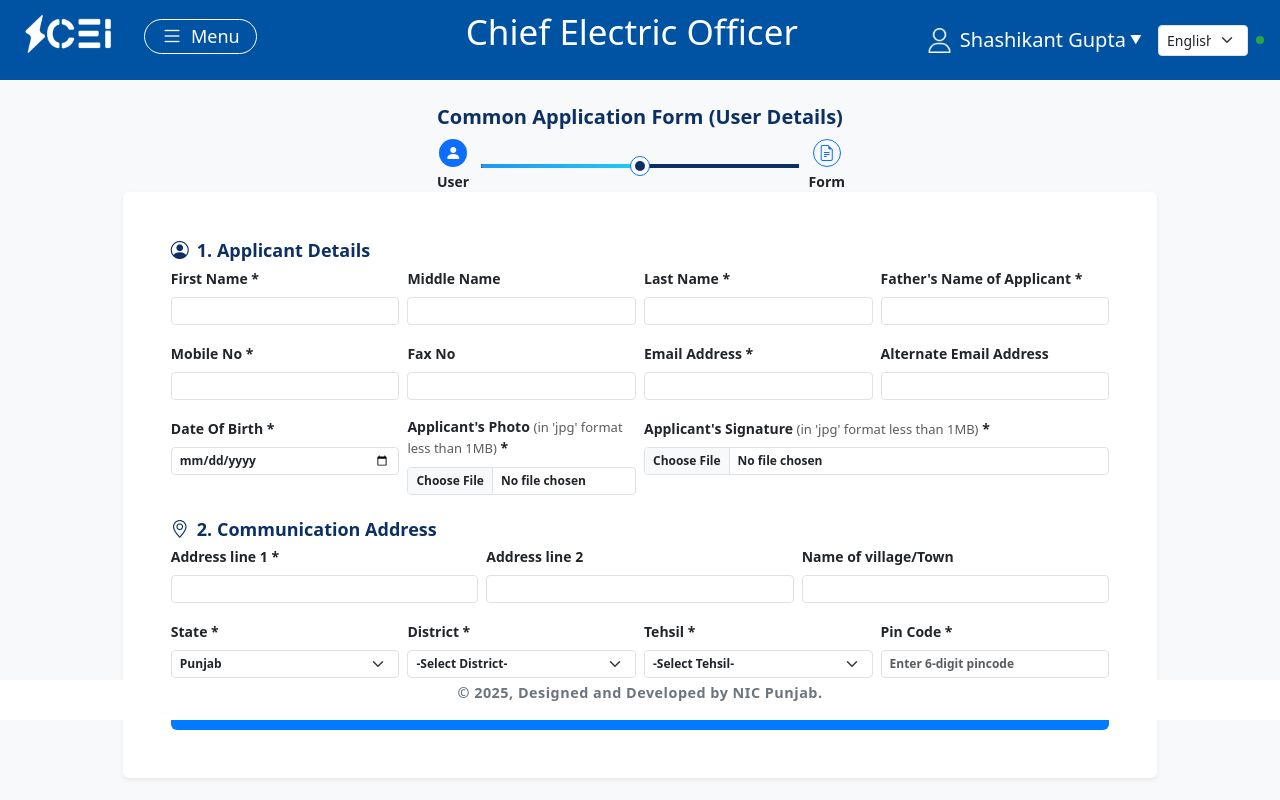
Repository: shashikantdev93-gif/CEI-sept
Page: /RegisterationForm
These files come from the project's save history. The page is drawn as it stood at one moment and after the next save; the edit follows.
The browser window is 1280 px wide. The pictures show the whole page.
The page's requests for data from a server got no answer. The project was rebuilt for these pictures with package versions that can differ from the ones it lists, and the page was loaded fresh each time. No one was signed in, and anything a server would have sent is missing. Also part of the build but not shown: vite.config.ts, src/styles/sidebar-zoom.css, src/components/PageComponent/Sidebar.tsx, src/components/PageComponent/Header2.tsx, src/components/PageComponent/PageHeader.tsx, src/components/Illustration/Illustration.tsx, src/components/CardContainer/CardContainer.tsx, src/hooks/useFormValidation.ts and 8 more. Imported but missing from the stored project, and not drawn on this page: src/components/ui.

Above is the page before, as saved 2025-07-28 08:52:33.

### src/index.css
:root {
  font-family: Inter, -apple-system, BlinkMacSystemFont, "Segoe UI", Roboto, "Helvetica Neue", Arial, sans-serif, "Apple Color Emoji", "Segoe UI Emoji", "Segoe UI Symbol";
  line-height: 1.5;
  font-weight: 400;

  color-scheme: light dark;
  color: rgba(255, 255, 255, 0.87);
  background-color: #242424;

  font-synthesis: none;
  text-rendering: optimizeLegibility;
  -webkit-font-smoothing: antialiased;
  -moz-osx-font-smoothing: grayscale;
}

a {
  font-weight: 500;
  color: #646cff;
  text-decoration: inherit;
}
a:hover {
  color: #535bf2;
}

/* Global Reset */
*, *::before, *::after {
  margin: 0;
  padding: 0;
  box-sizing: border-box;
}

html, body {
  margin: 0;
  padding: 0;
  width: 100%;
  height: 100%;
}

body {
  margin: 0;
  padding: 0;
}

h1 {
  font-size: 3.2em;
  line-height: 1.1;
}

button {
  border-radius: 8px;
  border: 1px solid transparent;
  padding: 0.6em 1.2em;
  font-size: 1em;
  font-weight: 500;
  font-family: inherit;
  background-color: #1a1a1a;
  cursor: pointer;
  transition: border-color 0.25s;
}
button:hover {
  border-color: #646cff;
}
button:focus,
button:focus-visible {
  outline: 4px auto -webkit-focus-ring-color;
}

@media (prefers-color-scheme: light) {
  :root {
    color: #213547;
    background-color: #ffffff;
  }
  a:hover {
    color: #747bff;
  }
  button {
    background-color: #f9f9f9;
  }
}

### src/App.tsx
import Router from "./router/router";
import './App.css'
import './styles/main.css'
import "bootstrap-icons/font/bootstrap-icons.css";

function App() {

  return <Router />;

}

export default App

### src/router/router.tsx

import { BrowserRouter as Router, Routes, Route } from "react-router-dom";
import BaseLayout from "../layouts/BaseLayout";
import Login from "../pages/login/login";
import Signup from "../pages/signup/signup";
import Register from "../pages/register/register";


const RouterPage = () => (
  <Router>
    <Routes>
      <Route path="/" element={<Login />} />
      <Route path="/login" element={<Login />} />
      <Route path="/signup" element={<Signup />} />
      <Route
        path="/RegisterationForm"
        element={
          <BaseLayout headerType="Header1">
            <Register />
          </BaseLayout>
        }
      />
    </Routes>
  </Router>
);

export default RouterPage;

### src/App.css
#root {
  margin: 0;
  padding: 0;
  width: 100%;
  height: 100%;
}

.logo {
  height: 6em;
  padding: 1.5em;
  will-change: filter;
  transition: filter 300ms;
}
.logo:hover {
  filter: drop-shadow(0 0 2em #646cffaa);
}
.logo.react:hover {
  filter: drop-shadow(0 0 2em #61dafbaa);
}

@keyframes logo-spin {
  from {
    transform: rotate(0deg);
  }
  to {
    transform: rotate(360deg);
  }
}

@media (prefers-reduced-motion: no-preference) {
  a:nth-of-type(2) .logo {
    animation: logo-spin infinite 20s linear;
  }
}

.card {
  padding: 2em;
}

.read-the-docs {
  color: #888;
}

### src/styles/main.css

/***************************/
  /***** Login Page *****/
/**************************/
.login-bg {
  background: linear-gradient(135deg, #f5f7fa 0%, #c3cfe2 100%);
  font-family: Inter, -apple-system, BlinkMacSystemFont, "Segoe UI", Roboto, "Helvetica Neue", Arial, sans-serif;
  width: 100vw;
  height: 100vh;
  margin: 0;
  padding: 2px;
}

.login-left {
  padding-left: 1.5rem !important;
  padding-right: 1.5rem !important;
  padding-top: .1rem !important;
  padding-bottom: .1rem !important;
}

.login-logo-box {
  height: 50px;
  margin-bottom: 30px;
  width: 110px;
  background-color: #0c3064;
  border-radius: 8px;
  display: flex;
  align-items: center;
}

.login-signup-link {
  text-decoration: none;
  font-size: 14px;
}

.login-divider {
  width: 1px;
  background: #e0e0e0;
  min-height: 5%;
  margin: 0 0px;
}

.login-right {
  background-color: #f8f9fa;
}


/******************************************/
/* Signup page logo box - desktop styles */
/*****************************************/

.signup-logo-box {
  height: 50px;
  margin-bottom: 30px;
  width: 75px;
  background-color: #0c3064;
  border-radius: 8px;
  display: flex;
  align-items: center;
}


.card-container {
  max-width: 1000px;
  min-width: 700px;
}

/*********************/
/* Registeration Page */
/*********************/
.registeration-bg {
  --bs-font-size-sm: 16px;
}

.registeration-bg .fw-semibold {
  font-weight: 700 !important;
}

.registeration-bg .small {
  font-size: 14px !important;
}

.registeration-bg .form-control,
.registeration-bg .form-select {
  font-size: 12px !important;
  font-weight: 700 !important;
}

.registeration-bg .text-muted {
  font-size: 13px !important;
  font-weight: 400 !important;
}

.registeration-bg h6 {
  font-size: 18px !important;
  font-weight: 700 !important;
}

.registeration-bg h4 {
  font-size: 20px !important;
  font-weight: 700 !important;
}

.registeration-logo-box {
  border-radius: 8px;
  display: flex;
  align-items: center;
  background-color: #0c3064;
  width:80px
}

@media (max-width: 575.98px) {

  .card-container {
    max-width: 100% !important;
    min-width: 100% !important;
    padding: 0.5rem !important;
  }


  .login-bg {
    padding: 8px !important;
  }


  .container .row .login-left,
  .container .row .col-md-7.login-left,
  div.row div.col-md-7 {
    padding: 0rem !important;
    max-width: 100% !important;
    flex: 0 0 100% !important;
    width: 100% !important;
    margin-left: 0 !important;
    margin-right: 0 !important;
    gap:15px;
  }


  .login-divider {
    display: none !important;
  }

  .container .row .login-right,
  .container .row .col-md-4.login-right,
  div.row div.col-md-4,
  .col-md-4.login-right {
    display: none !important;
    visibility: hidden !important;
    width: 0 !important;
    flex: 0 0 0% !important;
    max-width: 0 !important;
    overflow: hidden !important;
  }


  .login-logo-box {
    width: 100% !important;
    height: auto !important;
    margin-bottom: 20px !important;
    flex-direction: column !important;
    padding: 10px !important;
  }


  .login-logo-box .mb-4 {
    margin-bottom: 0 !important;
    flex-direction: column !important;
    align-items: center !important;
    text-align: center !important;
    gap: 20px !important;
  }


  .login-logo-box img {
    margin: 0 !important;
    margin-bottom: 8px !important;
  }


  .login-logo-box span {
    margin: 0 !important;
    text-align: center !important;
    font-size: 18px !important;
  }


  .login-logo-box div {
    flex-direction: column !important;
    align-items: center !important;
    text-align: center !important;
  }

  .login-logo-box div img {
    margin: 0 0 8px 0 !important;
  }

  .login-logo-box div span {
    margin: 0 !important;
    font-size: 20px !important;
    line-height: 1.2 !important;
    text-align: center !important;
    color: white !important;
  }


  .login-signup-link {
    font-size: 12px !important;
  }


  .card,
  .row {
    width: 100% !important;
    max-width: 100% !important;
  }

  [class*="col-md-4"] {
    display: none !important;
  }

  [class*="col-md-7"] {
    flex: 0 0 100% !important;
    max-width: 100% !important;
    width: 100% !important;
  }

  .signup-logo-box {
    width: 100% !important;
    height: 100px !important;
    margin-bottom: 20px !important;
    flex-direction: column !important;
    padding: 10px !important;
    margin-top: 10px;
  }

  .signup-logo-box .mb-4 {
    margin-bottom: 0 !important;
    flex-direction: column !important;
    align-items: center !important;
    text-align: center !important;
    gap: 20px !important;
  }

  .signup-logo-box img {
    margin: 0 !important;
    margin-bottom: 8px !important;
  }

  .signup-logo-box span {
    margin: 0 !important;
    text-align: center !important;
    font-size: 18px !important;
  }

  .signup-logo-box div {
    flex-direction: column !important;
    align-items: center !important;
    text-align: center !important;
  }

  .signup-logo-box div img {
    margin: 0 0 8px 0 !important;
  }

  .signup-logo-box div span {
    margin: 0 !important;
    font-size: 20px !important;
    line-height: 1.2 !important;
    text-align: center !important;
    color: white !important;
  }
}

@media (min-width: 576px) and (max-width: 768px) {
  .card-container {
    max-width: 90% !important;
    min-width: 600px;
  }

  .login-bg {
    padding: 4px;
  }

  .login-left {
    padding: 1.25rem !important;
    max-width: 65% !important;
    flex: 0 0 65% !important;
  }

  .login-logo-box {
    width: 70px;
    height: 45px;
    margin-bottom: 25px;
  }

  .login-right {
    max-width: 35% !important;
    flex: 0 0 35% !important;
  }
}

html, body {
  margin: 0;
  padding: 0;
  box-sizing: border-box;
}

*, *::before, *::after {
  box-sizing: border-box;
}

### src/layouts/BaseLayout.tsx
import React from 'react';
import Header1 from '../components/PageComponent/Header1';
import Header2 from '../components/PageComponent/Header2';

type HeaderType = 'Header1' | 'Header2' | 'none';

interface BaseLayoutProps {
  headerType?: HeaderType;
  children: React.ReactNode;
}

const BaseLayout: React.FC<BaseLayoutProps> = ({ headerType = 'Header1', children }) => {
  const headers: Record<Exclude<HeaderType, 'none'>, React.ReactElement> = {
    Header1: <Header1 />,
    Header2: <Header2 />,
  };

  return (
    <>
      {headerType !== 'none' && headers[headerType]}
      <main>{children}</main>
    </>
  );
};

export default BaseLayout;

### src/components/Logo/Logo.tsx
import React from "react";

interface LogoProps {
  title?: string;
  subtitle?: string;
  titleColor?: string;
}

const Logo: React.FC<LogoProps & { subtitleColor?: string }> = ({
  title = "Chief Electric ",
  subtitle = "Inspector",
  titleColor = "#0c3064",
  subtitleColor = "#0c3064",
}) => {
  return (
    <div className="mb-4 d-flex align-items-center">
      <img
        src="/assets/images/cei_logo.jpg"
        alt="Logo"
        style={{ height: "40px", width: "90px", marginTop: "20px", marginLeft: "8px" }}
      />
      <span className="fw-bold" style={{ fontSize: "27px", height: "30px", marginTop: "10px", marginLeft: "25px", color: titleColor, whiteSpace: "nowrap" }}>
        {title} <span style={{ color: subtitleColor }}>{subtitle}</span>
      </span>
    </div>
  );
};

export default Logo;

### src/components/Footer/Footer.tsx
import React from "react";

interface FooterProps {
  text?: string;
}

const Footer: React.FC<FooterProps> = ({
  text = "© 2025, Designed and Developed by NIC Punjab."
}) => {
  return (
    <div className="position-fixed bottom-0 w-100 text-center pb-3 bg-white" style={{ left: 0 }}>
      <span style={{ fontSize: '.9em', fontWeight: 800, color: '#6c757d', letterSpacing: '0.5px' }}>
        {text}
      </span>
    </div>
  );
};

export default Footer;

### src/utils/index.ts
export { default as authService } from './authService';
export * from './validators';
export * from './navigation';

### src/lib/index.ts
export { default as encryptionService } from './encryptionService';
export { default as API_CONFIG } from './config';

### src/utils/validators.ts

export interface ValidationResult {
  isValid: boolean;
  error?: string;
}

export class FormValidators {

  static required(value: string): ValidationResult {
    if (!value || value.trim().length === 0) {
      return {
        isValid: false,
        error: 'This field is required',
      };
    }
    return { isValid: true };
  }

static minLength(value: string, min: number): ValidationResult {
    if (value.length < min) {
      return {
        isValid: false,
        error: `Minimum length is ${min} characters`,
      };
    }
    return { isValid: true };
  }

static maxLength(value: string, max: number): ValidationResult {
    if (value.length > max) {
      return {
        isValid: false,
        error: `Maximum length is ${max} characters`,
      };
    }
    return { isValid: true };
  }

static email(value: string): ValidationResult {
    const emailRegex = /^[^\s@]+@[^\s@]+\.[^\s@]+$/;
    if (!emailRegex.test(value)) {
      return {
        isValid: false,
        error: 'Please enter a valid email address',
      };
    }
    return { isValid: true };
  }

static noSpaces(value: string): ValidationResult {
    const hasSpace = /\s/.test(value);
    if (hasSpace) {
      return {
        isValid: false,
        error: 'Spaces are not allowed',
      };
    }
    return { isValid: true };
  }

static username(value: string): ValidationResult {
    const requiredCheck = this.required(value);
    if (!requiredCheck.isValid) return requiredCheck;

    const minLengthCheck = this.minLength(value, 3);
    if (!minLengthCheck.isValid) return minLengthCheck;

    return { isValid: true };
  }

static password(value: string): ValidationResult {
    const requiredCheck = this.required(value);
    if (!requiredCheck.isValid) return requiredCheck;

    const minLengthCheck = this.minLength(value, 6);
    if (!minLengthCheck.isValid) return minLengthCheck;

    return { isValid: true };
  }

static captcha(value: string): ValidationResult {
    const requiredCheck = this.required(value);
    if (!requiredCheck.isValid) return requiredCheck;

    const lengthCheck = this.minLength(value, 4);
    if (!lengthCheck.isValid) return lengthCheck;

    const maxLengthCheck = this.maxLength(value, 4);
    if (!maxLengthCheck.isValid) return maxLengthCheck;

    return { isValid: true };
  }
}

### src/utils/navigation.ts

import type{ RoleName } from '../types';
import toast from 'react-hot-toast';

export class NavigationService {

  static getDashboardRoute(roleName: RoleName): string {
    let route: string;

    switch (roleName) {
      case 'CONS':
        route = '/dashboard';
        break;
      case 'XEN':
      case 'SUPP':
      case 'SDO':
      case 'CEI':
      case 'SUPT':
      case 'NDOF':
      case 'CLRK':
        route = '/dashboard/officer-dashboard';
        break;
      case 'ADMN':
        route = '/dashboard/admin-dashboard';
        break;
      case 'LICS':
        route = '/dashboard/license-dashboard';
        break;
      default:
        route = '/dashboard';
        break;
    }

    return route;
  }

static checkUserProfileStatus(userProfileId: string, projectSiteId: string, roleName: RoleName): string | null {
    console.log('NavigationService.checkUserProfileStatus called with:');
    console.log('  - userProfileId:', userProfileId, 'type:', typeof userProfileId);
    console.log('  - projectSiteId:', projectSiteId, 'type:', typeof projectSiteId);
    console.log('  - roleName:', roleName);

    // Only redirect to registration form if userProfileId is "0"
    if (userProfileId === "0") {
      const route = '/CommonApplicationFormUserDetails';
      console.log('NavigationService - userProfileId is "0", returning registration route:', route);
      return route;
    }

    if (userProfileId !== "0" && projectSiteId === "0") {
      const route = '/CommonApplicationFormEstablished';
      console.log('NavigationService - userProfileId filled but projectSiteId is "0", returning established form route:', route);
      return route;
    }

    // For all other cases, return null to allow normal navigation
    console.log('NavigationService - userProfileId is not "0", allowing normal navigation');
    return null;
  }
}
export class ToastService {
  static success(message: string): void {
    toast.success(message, {
      duration: 3000,
      position: 'top-right',
    });
  }

  static error(message: string): void {
    toast.error(message, {
      duration: 4000,
      position: 'top-right',
    });
  }

  static warning(message: string): void {
    toast(message, {
      icon: '⚠️',
      duration: 3000,
      position: 'top-right',
    });
  }

  static info(message: string): void {
    toast(message, {
      icon: 'ℹ️',
      duration: 3000,
      position: 'top-right',
    });
  }
}

### src/lib/encryptionService.ts
import * as forge from 'node-forge';
import * as CryptoJS from 'crypto-js';

class EncryptionService {
  private publicKeyPem: string;
  private ki: string;
  private iv: string;

  constructor() {
    this.publicKeyPem = `-----BEGIN PUBLIC KEY-----
MIIBIjANBgkqhkiG9w0BAQEFAAOCAQ8AMIIBCgKCAQEAwjsOR/w7ExDCRyZyrGVW
xkiJDBaIoNHYABOnpctmmcKA+G0oEWsBhOsmI98Tsx6w47Bwokc43aulzyw2phiV
h0+lU+kno9mnrxzfRCJWwknK7tfkY2ZfkizyLJZQljqX4o7r14y5BAEMgUWiN3Xt
Vrs0fgyw954To+G/803gsaaodbr4CVUDOaLnWAn3mjSKLfU3cK9Bug59AObhcwsM
lVKA72JF2wC4IERMGgCbRjgISSjpLmaEmF8IOLfFneQY+8QDlu80ob7mA/JV74dD
vr7UlGZ+bwKx6rz7Mg7nWRUvgR5RKsZh/muyeVi4pBwuAlehblQ9FnjR6YM/4eB1
+QIDAQAB
-----END PUBLIC KEY-----`;

    this.ki = 'ruX(aPP4X1sL9LnvA2M^a$K17mKZS6LC';
    this.iv = 'VcHa4Mn*gUvDujnN';
  }

setForm(data: string): { encryptedData1: string, encryptedData2: string, encryptedData3: string } {
    const aesKey = forge.random.getBytesSync(32);
    const iv = forge.random.getBytesSync(16);
    const cipher = forge.cipher.createCipher('AES-CBC', aesKey);
    cipher.start({ iv: iv });
    cipher.update(forge.util.createBuffer(data, 'utf8'));
    cipher.finish();
    const encryptedData1 = forge.util.encode64(cipher.output.getBytes());
    const rsa = forge.pki.publicKeyFromPem(this.publicKeyPem);
    const encryptedData2 = forge.util.encode64(rsa.encrypt(aesKey, 'RSA-OAEP', { md: forge.md.sha256.create() }));
    const encryptedData3 = forge.util.encode64(iv);
    const result = { encryptedData1, encryptedData2, encryptedData3 };
    return result;
  }

set(value: string): string {
    const key = CryptoJS.enc.Utf8.parse(this.ki);
    const iv = CryptoJS.enc.Utf8.parse(this.iv);
    const encrypted = CryptoJS.AES.encrypt(
      CryptoJS.enc.Utf8.parse(value.toString()),
      key,
      {
        keySize: 128 / 8,
        iv: iv,
        mode: CryptoJS.mode.CBC,
        padding: CryptoJS.pad.Pkcs7,
      }
    );

    const result = encrypted.toString();
    return result;
  }

get(value: string): string {
    const key = CryptoJS.enc.Utf8.parse(this.ki);
    const iv = CryptoJS.enc.Utf8.parse(this.iv);
    const decrypted = CryptoJS.AES.decrypt(value, key, {
      keySize: 128 / 8,
      iv: iv,
      mode: CryptoJS.mode.CBC,
      padding: CryptoJS.pad.Pkcs7,
    });

    const result = decrypted.toString(CryptoJS.enc.Utf8);
    return result;
  }

decrypt(value: string): string {
    return this.get(value);
  }

encrypt(value: string): string {
    return this.set(value);
  }

debugEncryption = (value: string) => {
const encrypted = this.set(value);
console.log('🔐 [ENCRYPTION-DEBUG] Input:', value);
console.log('🔐 [ENCRYPTION-DEBUG] Output:', encrypted);
console.log('🔐 [ENCRYPTION-DEBUG] Output length:', encrypted.length);
console.log('🔐 [ENCRYPTION-DEBUG] Contains Base64 chars:', /[+/=]/.test(encrypted));
return encrypted;
};

}


const encryptionService = new EncryptionService();

export default encryptionService;

### src/lib/config.ts

const API_CONFIG = {
  BASE_URL: import.meta.env.VITE_API_URL || 'http://localhost:5143/api',

  ENDPOINTS: {
    AUTH: {
      LOGIN: '/Auth/Login',
      CAPTCHA: '/Auth/GetCaptchaImage',
      LOGOUT: '/Auth/Logout',
      REFRESH_TOKEN: '/Auth/RefreshToken',
    },
    USER: {
      PROFILE: '/User/Profile',
      UPDATE_PROFILE: '/User/UpdateProfile',
    },
  },

  TIMEOUT: 30000,

  DEFAULT_HEADERS: {
    'Content-Type': 'application/json',
    'Accept': 'application/json',
  },
};

export default API_CONFIG;

Loaded but not shown: index.html (common file); src/main.tsx (common file); src/pages/register/register.tsx (298 lines, source omitted); src/lib/interceptor.ts (340 lines, source omitted); src/hooks/useAuth.ts (214 lines, source omitted); src/utils/authService.ts (191 lines, source omitted); src/components/PageComponent/Header1.tsx (133 lines, source omitted)

After the next save:
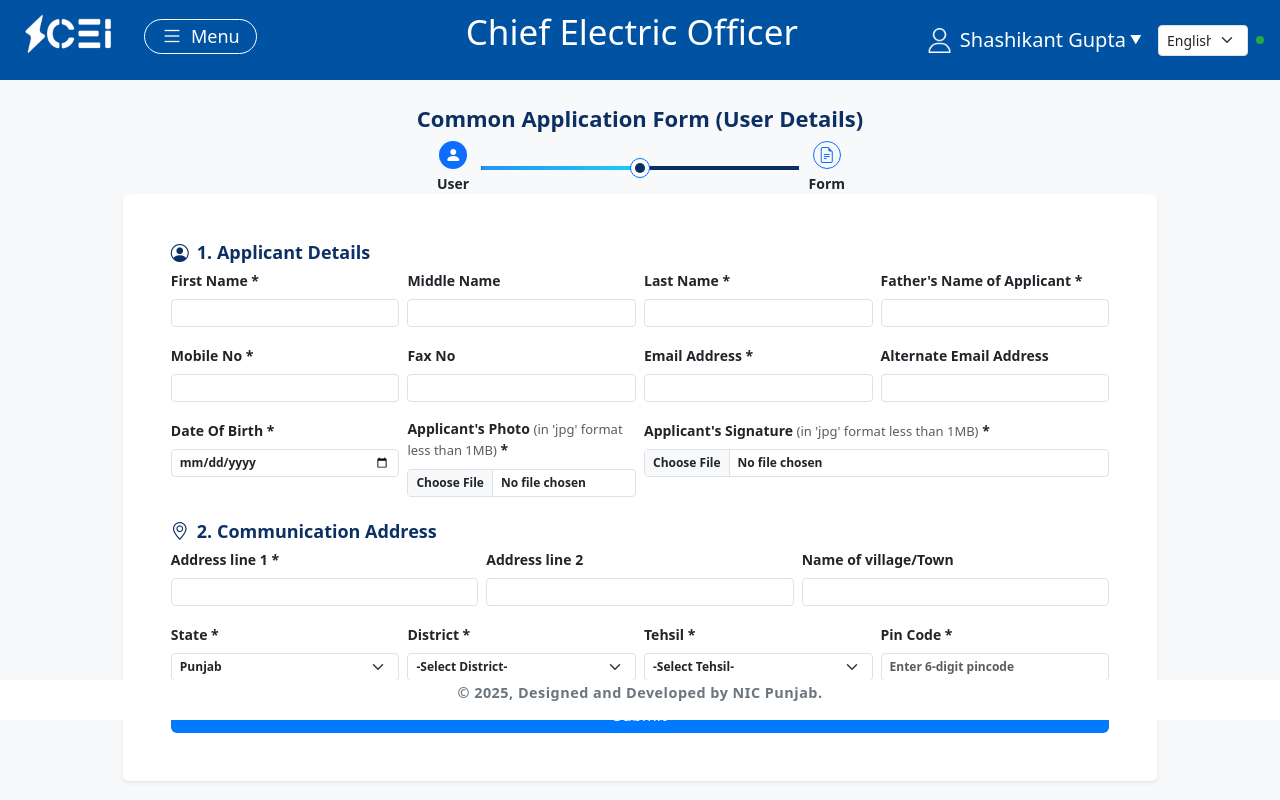
Saved 11 s later.
--- a/src/styles/main.css
+++ b/src/styles/main.css
@@ -97,7 +97,7 @@
 }
 
 .registeration-bg h4 {
-  font-size: 20px !important;
+  font-size: 22px !important;
   font-weight: 700 !important;
 }
 
